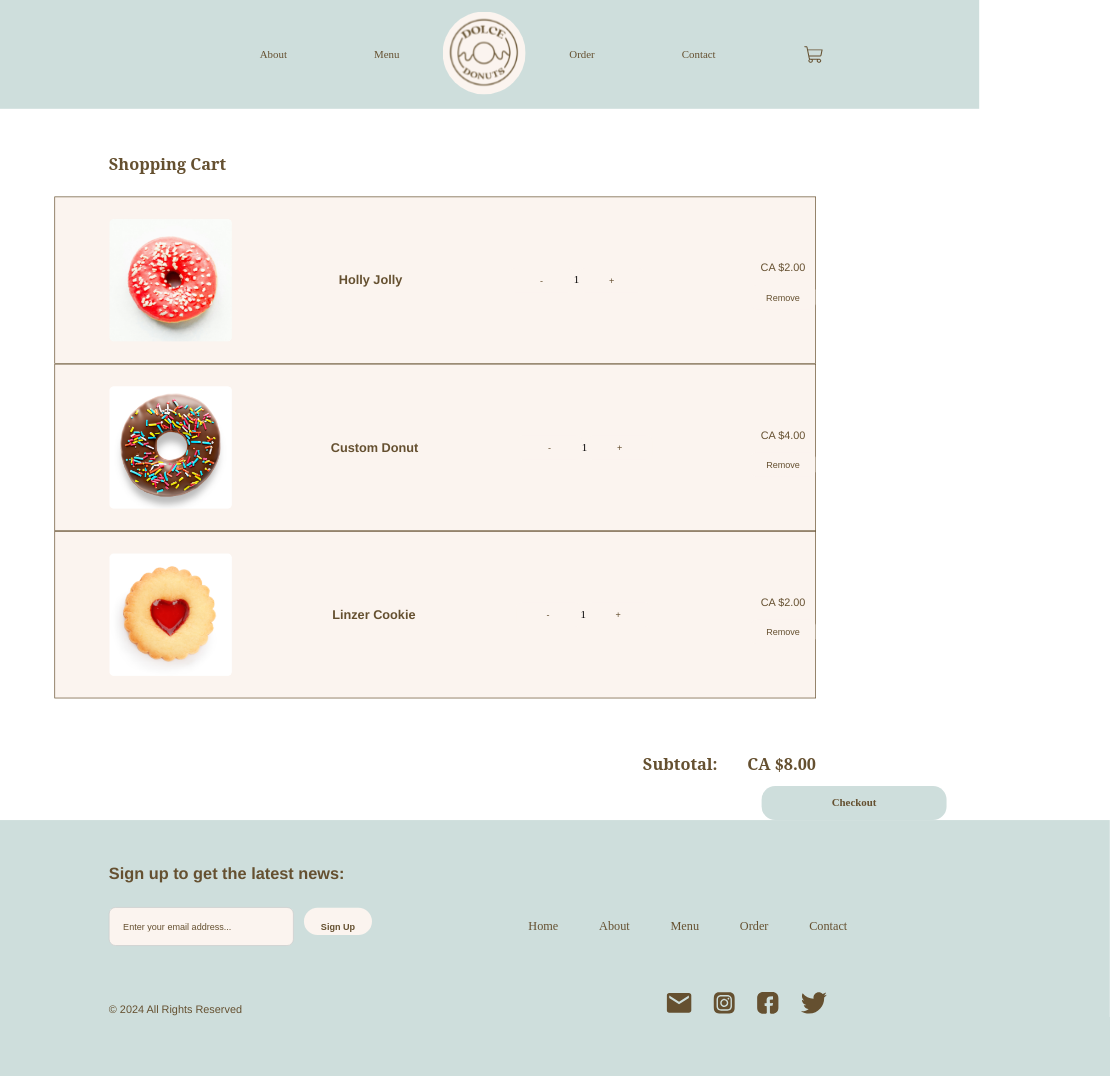
Repository: Crystalhtc/dolcedonuts
Page: /cart
The author's editor kept a copy of each file at every save. The page is drawn from the files as they stood at one save, then again after the next save.
The browser window is 1280 px wide. The page is 1632 px wide, so the pictures cover 1632 px, including what lies to the right of the window. The pictures show the whole page, at 68% of full size.
The project was rebuilt for these pictures with package versions that can differ from the ones it lists, and the page was loaded fresh each time. Also part of the build but not shown: vite.config.js, src/pages/Home.module.css, src/components/ProductCard/ProductCard.jsx, src/Data/products.js, src/pages/Order.css, src/pages/Menu.jsx, src/pages/Order.jsx, src/pages/Contact.module.css and 17 more.

Above is the page before, as saved 2024-10-21 05:50:01.

### src/App.jsx
import React from 'react';
import "./App.css";
import { BrowserRouter as Router, Route, Routes } from 'react-router-dom';
import Header from './components/Header/Header';
import Footer from './components/Footer/Footer';
import Home from './pages/Home';
import Menu from './pages/menu';
import Order from './pages/order';
import Contact from './pages/Contact';
import About from './pages/About';
import Checkout from './pages/Checkout';
import Cart from './pages/Cart';
import ProductDetails from './pages/ProductDetails';
import PaymentReview from './pages/PaymentReview';

function App() {

  return (
    <Router>
      <Header />
      <Routes>
        <Route path="/" element={<Home />} />
        <Route path="/about" element={<About />} />
        <Route path="/menu" element={<Menu />} />
        <Route path="/order" element={<Order />} />
        <Route path="/productdetails/:id" element={<ProductDetails />} />
        <Route path="/contact" element={<Contact />} />
        <Route path="/cart" element={<Cart />} />
        <Route path="/checkout" element={<Checkout />} />
        <Route path="/paymentreview" element={<PaymentReview />} />
      </Routes>
      <Footer />
    </Router>
  );
}

export default App;

### src/App.css
@import url('https://fonts.googleapis.com/css2?family=Arimo:ital,wght@0,400..700;1,400..700&display=swap');
@import url('https://fonts.googleapis.com/css2?family=Noto+Serif:ital,wght@0,100..900;1,100..900&display=swap');

:root {
    --mint: #CEDEDC;
    --cream: #FBF4EF;
    --pink: #F5CCD6;
    --dark-pink: #E3BBC5;
    --brown: #655030;
    --dark-brown: #4C3B22;
}
body {
    margin: 0 auto;
}
/* font */
/* heading, button */
h1 {
    font-family: "Noto Serif", serif;
    color: #655030;
    font-size: 28pt;
}
/* subheading */
h2 {
    font-size: 24pt;
    font-family: 'Arimo', sans-serif;
    color: #655030;
}
/* paragraph */
p {
    font-family: 'Arimo', sans-serif;
    color: #655030;
}

.container {
    max-width: 1440px;
    margin: 0 auto;
    height: auto;
    /* padding: 20px;  */
}

### src/components/Header/Header.jsx
import { NavLink } from 'react-router-dom';
import styles from './Header.module.css';
import logo from '../../assets/logo.svg';
import cartIcon from '../../assets/cart-icon.svg';

export default function Header() {
  return (
    <nav className={styles.nav}>
      <ul className={styles.navList}>
        <li className={styles.navItem}>
          <NavLink to="/about" className={({ isActive }) => (isActive ? styles.activeLink : undefined)}>About</NavLink>
        </li>
        <li className={styles.navItem}>
          <NavLink to="/menu" className={({ isActive }) => (isActive ? styles.activeLink : undefined)}>Menu</NavLink>
        </li>
        <li className={styles.logoContainer}>
          <NavLink to="/">
            <img src={logo} alt="Logo" className={styles.logo} />
          </NavLink>
        </li>
        <li className={styles.navItem}>
          <NavLink to="/order" className={({ isActive }) => (isActive ? styles.activeLink : undefined)}>Order</NavLink>
        </li>
        <li className={styles.navItem}>
          <NavLink to="/contact" className={({ isActive }) => (isActive ? styles.activeLink : undefined)}>Contact</NavLink>
        </li>
        <li className={styles.navItem}>
          <NavLink to="/cart" className={({ isActive }) => (isActive ? styles.activeLink : undefined)}>
            <img src={cartIcon} alt="Cart" className={styles.cartIcon} />
          </NavLink>
        </li>
      </ul>
    </nav>
  );
}

### src/components/Footer/Footer.jsx
import React from 'react';
import styles from './Footer.module.css';
import socialMediaIcons from '../../assets/social-media-icons.svg';

const Footer = () => {
    return (
        <footer className={styles.footer}> {/* Use styles for className */}
            <h2 className={styles.signUpMessage}>Sign up to get the latest news:</h2>

            <div className={styles.topContainer}>
                <div className={styles.newsletterSignup}> {/* Use styles for className */}
                    <input type="email" placeholder="Enter your email address..." />
                       <button className={styles.signupButton}>Sign Up</button> {/* Use styles for className */}
                </div>

                 <div className={styles.footerLinks}>
                     <ul className={styles.linkList}>
                        <li><a href="/">Home</a></li>
                        <li><a href="/about">About</a></li>
                        <li><a href="/menu">Menu</a></li>
                        <li><a href="/order">Order</a></li>
                        <li><a href="/contact">Contact</a></li>
                    </ul>
                </div>
            </div>

            <div className={styles.footerBottomContainer}>
                <p>© 2024 All Rights Reserved</p>
                <div className={styles.socialMedia}> {/* Use styles for className */}
                    <img src={socialMediaIcons} alt="Social Media Icons" />
                </div>
            </div>
        </footer>
    );
};

export default Footer;

### src/pages/Home.jsx
import React from 'react';
import homeBanner from '../assets/home-main-banner.png';
import cardImage1 from '../assets/home-card-img-1.png';
import cardImage2 from '../assets/home-card-img-2.png';
import cardImage3 from '../assets/home-card-img-3.png';
import cardImage4 from '../assets/home-card-img-4.png';
import cardImage5 from '../assets/home-card-img-5.png';
import styles from './Home.module.css';

const cardData = [
    {
        id: 1,
        image: cardImage1,
        text: (
            <div className={styles.addressCard}>
                    <div className={styles.addressColumn}>
                        <h2>Downtown</h2>
                        <p>XXX West Pender St.<br />
                        Vancouver, BC<br />
                        V6B 1V3<br />
                        (604) XXX-XXXX<br />
                        Mon - Fri 9am – 5pm*<br />
                        Sat - Sun 10am – 6pm*<br />
                        *Or until sell out occurs.</p>
                    </div>
                    <div className={styles.addressColumn}>
                        <h2>Mount Pleasant</h2>
                        <p>XXX Main St.<br />
                        Vancouver, BC<br />
                        V4C 2V6<br />
                        (604) XXX-XXXX<br />
                        Mon - Fri 9am – 5pm*<br />
                        Sat - Sun 10am – 6pm*<br />
                        *Or until sell out occurs.</p>
                    </div>
            </div>
        ),
        button: 'About Us',
        link: '/about'
    },
    {
        id: 2,
        image: cardImage2,
        text: 'Choose your favourite toppings, glazes, and flavours to create a personalized donut, just the way you like.',
        button: 'Custom Donut',
        link: '/order'
    },
    {
        id: 3,
        image: cardImage3,
        text: 'Explore sweet delights at Dolce Donuts with our signature treats, freshly baked treats, and expertly crafted coffees. Our menu is designed to satisfy your sweet cravings.',
        button: 'Menu',
        link: '/menu'
    },
    {
        id: 4,
        image: cardImage4,
        text: 'Pre-order our artisanal donuts for pick-up or shipping! We prepare the same selection as in store. Treat yourself to flavour-packed joy.',
        button: 'Pre-Order Online',
        link: '/order'
    },
    {
        id: 5,
        image: cardImage5,
        text: 'We are here to assist with any inquiries or special orders. Drop us a message to help us make your donut dreams come true!',
        button: 'Get in Touch',
        link: '/contact'
    },
];

export default function Home() {
    return (
        <div className={styles.homeContainer}>
            <img
                src={homeBanner}
                alt="Home Main Banner"
                className={styles.homeBanner}
            />

<div className={styles.cardsContainer}>
                {cardData.map((card, index) => (
                    <div
                        key={card.id}
                        className={`${styles.card} ${index % 2 === 0 ? styles.mintBackground : ''} ${index % 2 === 0 ? styles.cardLeft : styles.cardRight}`}
                    >
                        <img
                            src={card.image}
                            alt={`Card ${card.id}`}
                            className={styles.cardImage}
                        />
                        <div className={styles.cardContent}>
                            <p>{card.text}</p>
                            <a href={card.link} className={styles.ctaButton}>{card.button}</a>
                        </div>
                    </div>
                ))}
            </div>
        </div>
    );
}

### src/pages/Cart.jsx
import { useState } from "react";
import styles from "./Cart.module.css";
import MintButton from "../components/MintButton/MintButton";

export default function Cart() {
    const [quantities, setQuantities] = useState({
        hollyJolly: 1,
        customDonut: 1,
        linzerCookie: 1,
    });

    const prices = {
        hollyJolly: 2.00,
        customDonut: 4.00,
        linzerCookie: 2.00,
    };

    const handleAdd = (item) => {
        setQuantities((prevQuantities) => ({
            ...prevQuantities,
            [item]: prevQuantities[item] + 1,
        }));
    };

    const handleRemove = (item) => {
        setQuantities((prevQuantities) => ({
            ...prevQuantities,
            [item]: Math.max(1, prevQuantities[item] - 1),
        }));
    };

    const handleRemoveItem = (item) => {
        setQuantities((prevQuantities) => {
            const newQuantities = { ...prevQuantities };
            delete newQuantities[item];
            return newQuantities;
        });
    };

    const getTotalPrice = (item) => {
        return (quantities[item] * prices[item]).toFixed(2);
    };

    const calculateTotal = () => {
        return Object.keys(quantities).reduce((total, item) => {
            return total + quantities[item] * prices[item];
        }, 0).toFixed(2);
    };

    return (
        <div>
            <h2 className={styles.cartH2}>Shopping Cart</h2>
            <div className={styles.listContainer}>
                {quantities.hollyJolly && (
                    <div className={styles.itemList}>
                        <img
                            src="src/assets/Donut2.png"
                            alt="Red glazed donut"
                            className={styles.donutImg}
                            width={180}
                            height={180}
                        />
                        <h3 className={styles.cookieName}>Holly Jolly</h3>
                        <div className={styles.quantityControls}>
                            <button onClick={() => handleRemove("hollyJolly")}>-</button>
                            <span>{quantities.hollyJolly}</span>
                            <button onClick={() => handleAdd("hollyJolly")}>+</button>
                        </div>
                        <div className={styles.priceRemove}>
                            <p className={styles.totalPrice}>CA ${getTotalPrice("hollyJolly")}</p>
                            <button className={styles.removeBtn} onClick={() => handleRemoveItem("hollyJolly")}>Remove</button>
                        </div>
                    </div>
                )}

                {quantities.customDonut && (
                    <div className={styles.itemList}>
                        <img
                            src="src/assets/Donut1.png"
                            alt="Chocolate glazed donut"
                            className={styles.donutImg}
                            width={180}
                            height={180}
                        />
                        <h3 className={styles.cookieName}>Custom Donut</h3>
                        <div className={styles.quantityControls}>
                            <button onClick={() => handleRemove("customDonut")}>-</button>
                            <span>{quantities.customDonut}</span>
                            <button onClick={() => handleAdd("customDonut")}>+</button>
                        </div>
                        <div className={styles.priceRemove}>
                            <p className={styles.totalPrice}>CA ${getTotalPrice("customDonut")}</p>
                            <button className={styles.removeBtn} onClick={() => handleRemoveItem("customDonut")}>Remove</button>
                        </div>
                    </div>
                )}

                {quantities.linzerCookie && (
                    <div className={styles.itemList}>
                        <img
                            src="src/assets/LinzerCookie.png"
                            alt="Heart butter cookie"
                            className={styles.donutImg}
                            width={180}
                            height={180}
                        />
                        <h3 className={styles.cookieName}>Linzer Cookie</h3>
                        <div className={styles.quantityControls}>
                            <button onClick={() => handleRemove("linzerCookie")}>-</button>
                            <span>{quantities.linzerCookie}</span>
                            <button onClick={() => handleAdd("linzerCookie")}>+</button>
                        </div>
                        <div className={styles.priceRemove}>
                            <p className={styles.totalPrice}>CA ${getTotalPrice("linzerCookie")}</p>
                            <button className={styles.removeBtn} onClick={() => handleRemoveItem("linzerCookie")}>Remove</button>
                        </div>
                    </div>
                )}
            </div>

            <div className={styles.totalContainer}>
                <h2 className={styles.totalH2}>Subtotal: &nbsp;&nbsp;&nbsp;&nbsp;&nbsp; CA ${calculateTotal()}</h2>
                <div className={styles.checkoutBtn} style={{ width: '240px'}}>
                    <MintButton buttonText="Checkout" />
                </div>

            </div>
        </div>
    );
}

### src/components/Header/Header.module.css
.nav {
    width: 1440px;
    height: 160px;
    background-color: var(--mint);
    display: flex;
    justify-content: center;
    flex-shrink: 0;
    margin: auto;
}

.navList {
    list-style-type: none;
    display: flex;
    justify-content: center;
    align-items: center;
    margin: 0;
    padding: 0;
    width: 100%;

    margin-left: 11%;
}

.navItem {
    margin: 0 4rem;
}

.navItem a {
    text-decoration: none;
    color: var(--brown);
}

.logoContainer {
    flex: 0 0 auto;
}

.logo {
    width: 122px;
    height: 122px;
    object-fit: contain;
}

.cartIcon {
    width: 36px;
    height: auto;
}

.navItem .activeLink {
    text-decoration: underline;
    color: var(--brown);
}

### src/components/Footer/Footer.module.css
.footer {
    width: 1440px;
    height: 312px;
    background-color: var(--mint);
    padding: 2rem;
    color: var(--brown);
    padding-left: 10rem;
    flex-shrink: 0;
    margin: auto;
}

.topContainer {
    display: flex;
    align-items: center;
    gap: 10rem;
}

.footerBottomContainer {
    display: flex;
    margin-top: 3rem;
    gap: 39rem;
}

.newsletterSignup input {
    padding: 20px;
    width: 230px;
    border: 1px solid #ccc;
    background-color: var(--cream);
    border-radius: 10px;
}

.signupButton {
    width: 100px;
    padding: 20px;
    margin-left: 15px;
    background-color: var(--cream);
    color: var(--brown);
    font-weight: bold;
    border: none;
    border-radius: 20px;
}

.footerLinks {
    margin: 20px 0;
    display: flex;
    font-size: large;
}

.linkList a {
    color: var(--brown);
    list-style-type: none;
    text-decoration: none;
}

.linkList li {
    text-decoration: none;
    display: inline;
    margin: 0 30px;
}

.socialMedia img {
    width: 250px;
    height: auto;
}

### src/pages/Checkout.module.css
.checkoutContainer {
    display: flex;
    align-items: center;
    justify-content: center;
}

input {
    background-color: var(--cream);
    border: none;
    padding: 1rem;
    border-radius: 4px;
}

.contactInputs {
    display: flex;
    flex-direction: column;
}

.checkoutContainer {
    display: flex;
    justify-content: space-between;
    align-items: start;
    padding: 2rem;
    max-width: 1200px;
    margin: 0 auto;
    gap: 3rem;
}

.leftColumn {
    flex: 2;
}

.rightColumn {
    flex: 1;
    padding: 2rem;
    height: fit-content;
    border-left: 1px solid var(--brown);
}

::placeholder {
    color: var(--brown);
}

h3 {
    color: var(--brown);
}

/* Contact Section */
.contactInputs {
    display: flex;
    flex-direction: column;
    gap: 1rem;
}

/* Delivery Section */
.deliveryOptions {
    display: flex;
    flex-direction: column;
    align-items: center;
}

.deliveryToggle {
    display: flex;
    align-items: center;
    gap: 1rem;
    margin: 1rem 0;
    background-color: var(--cream);
    border-radius: 10px;
    padding: 0.5rem;
    width: 60%;
}

/* Delivery Toggle Buttons */
.deliveryToggle {
    display: flex;
    gap: 1rem; /* Space between buttons */
}

.deliveryToggle button {
    padding: 0.75rem 1rem;
    border: none;
    border-radius: 20px;
    cursor: pointer;
    flex: 1;
    transition: background-color 0.3s ease; /* Smooth transition */
}

/* Default styles */
.pickupButton {
    background-color: transparent; /* Inactive state */
    color: var(--brown); /* Text color */
}

.deliveryButton {
    background-color: transparent; /* Inactive state */
    color: var(--brown); /* Text color */
}

/* Active styles */
.pickupButton.active,
.deliveryButton.active {
    background-color: var(--mint); /* Active button color */
}

/* Hover state */
.deliveryToggle button:hover {
    background-color: pink; /* Hover state */
}

/* Optional: Set a specific color for inactive buttons' text */
.deliveryToggle button:not(.active) {
    color: var(--brown); /* Change to desired inactive text color */
}

.addresses {
    display: flex;
    flex-direction: column;
    gap: 1rem;
}

.downtown, .mountPleasant {
    background-color: var(--cream);
    border-radius: 10px;
    padding: 1rem;
    display: flex;
    gap: 1rem;
    align-items: start;
}


/* Payment Section */
.paymentContainer {
    margin: 1rem 0;
}

.creditCardTitle {
    background: var(--mint);
    padding: 0.5rem 1rem;
    margin-bottom: 1rem;
}

.paymentInputs {
    display: flex;
    flex-direction: column;
    gap: 1rem;
}

.fullWidthInput input {
    width: 100%;
}

.halfWidthInput {
    display: flex;
    justify-content: space-between;
}

.firstHalfInput {
    width: 100%;
}

.secondHalfInput {
    width: 100%;
    display: flex;
    justify-content: end;
}

.firstHalfInput input {
    width: 90%;
}

.secondHalfInput input {
    width: 90%;
}

.halfWidthInputField input {
    width: 50%
}

.paymentInputs > div {
    display: flex;
    gap: 1rem;
}

/* Right Column Styling */
.checkoutProducts {
    display: flex;
    flex-direction: column;
    gap: 1rem;
    margin-bottom: 2rem;
}

.discountCode {
    display: flex;
    gap: 1rem;
    margin-bottom: 2rem;
    height: 3rem;
}

.discountInput {
    flex: 1;
    background: none;
    border: 2px solid var(--mint);
}

.discountButton {
    height: 3rem;
    padding: 0 1.5rem;
    background: none;
    border: none;
    border-radius: 10px;
    cursor: pointer;
    background: var(--cream);
}

.discountButton:hover {
    background: var(--brown);
    color: var(--cream);
}

.price {
    display: flex;
    flex-direction: column;
    margin-bottom: 2rem;
}

.subtotal, .tax, .total {
    display: flex;
    justify-content: space-between;
    align-items: center;
}

.total {
    font-weight: bold;
    font-size: 1.2rem;
    border-top: 1px solid #ccc;
    padding-top: 1rem;
}

/* Section Headers */
h1 {
    margin-bottom: 2rem;
    font-size: 2rem;
}

h2 {
    margin: 2rem 0 1rem 0;
    font-size: 1.5rem;
}

/* Responsive Design */
@media (max-width: 768px) {
    .checkoutContainer {
        flex-direction: column;
        padding: 1rem;
    }

    .rightColumn {
        width: 100%;
    }

    .paymentInputs > div,
    .addressInputs > div {
        flex-direction: column;
    }
}

### src/components/MintButton/MintButton.jsx
import React from 'react';
import { NavLink } from 'react-router-dom';
import styles from './MintButton.module.css';

const MintButton = ({ path, buttonText }) => {
    return (
        <div className={styles.buttonContainer}>
            <div className={styles.button}>
                <NavLink
                    to= {path}
                    className={styles.buttonLink}
                >
                    {buttonText}
                </NavLink>
            </div>
        </div>
    );
};

export default MintButton;

### src/pages/Cart.module.css
.cartH2 {
    font-family: "Noto Serif", serif;
    margin-left: 10rem;
    margin-top: 4rem;
    margin-bottom: 2rem;
}

.listContainer {
    margin-bottom: 5rem;
}

.itemList {
    display: flex;
    background-color: var(--cream);
    border: var(--brown) solid 1px;
    margin-left: 5rem;
    margin-right: 5rem;
    align-items: center;
    justify-content: space-between;
}

.donutImg {
    padding-left: 5rem;
    padding-top: 2rem;
    padding-bottom: 2rem;
}

.cookieName {
    font-family: 'Arimo', sans-serif;;
}

.priceRemove {
    text-align: center;
}

.totalContainer {
    text-align: right;
    margin-right: 5rem;
}

.totalH2 {
    font-family: "Noto Serif", serif;
}

.checkoutBtn {
    margin-left: 70rem;
}

### src/components/ProductCard/ProductCard.module.css
.container {
    width: 340px;
    height: 530px;
    border-radius: 8px;
    padding: 18px 8px;
    box-shadow: 0px 4px 4px 0px rgba(0, 0, 0, 0.25);
    display: flex;
    flex-direction: column;
    align-items: center;
}
.priceAndButton {
    display: flex;
    flex-direction: row;
    align-items: center;
    gap: 10em;
}
button {
    width: 95px;
    height: 36px;
    border-radius: 8px;
    border: none;
    color: var(--brown);
    background: var(--Cream, #FBF4EF);
}
button h2 {
    margin: 0;
}

### src/components/MintButton/MintButton.module.css
.buttonContainer {
    width: 100%;
}

.button {
    width: 100%;
}

.button .buttonLink {
    display: block;
    width: 100%;
    padding: 1rem;
    background-color: var(--mint);
    color: var(--brown);
    border: none;
    border-radius: 20px;
    cursor: pointer;
    font-size: 1rem;
    font-weight: bold;
    text-align: center;
    text-decoration: none;
}

.button .buttonLink:hover {
    background-color: var(--pink);
}

Loaded but not shown: index.html (common file); src/main.jsx (common file)

After the next save:
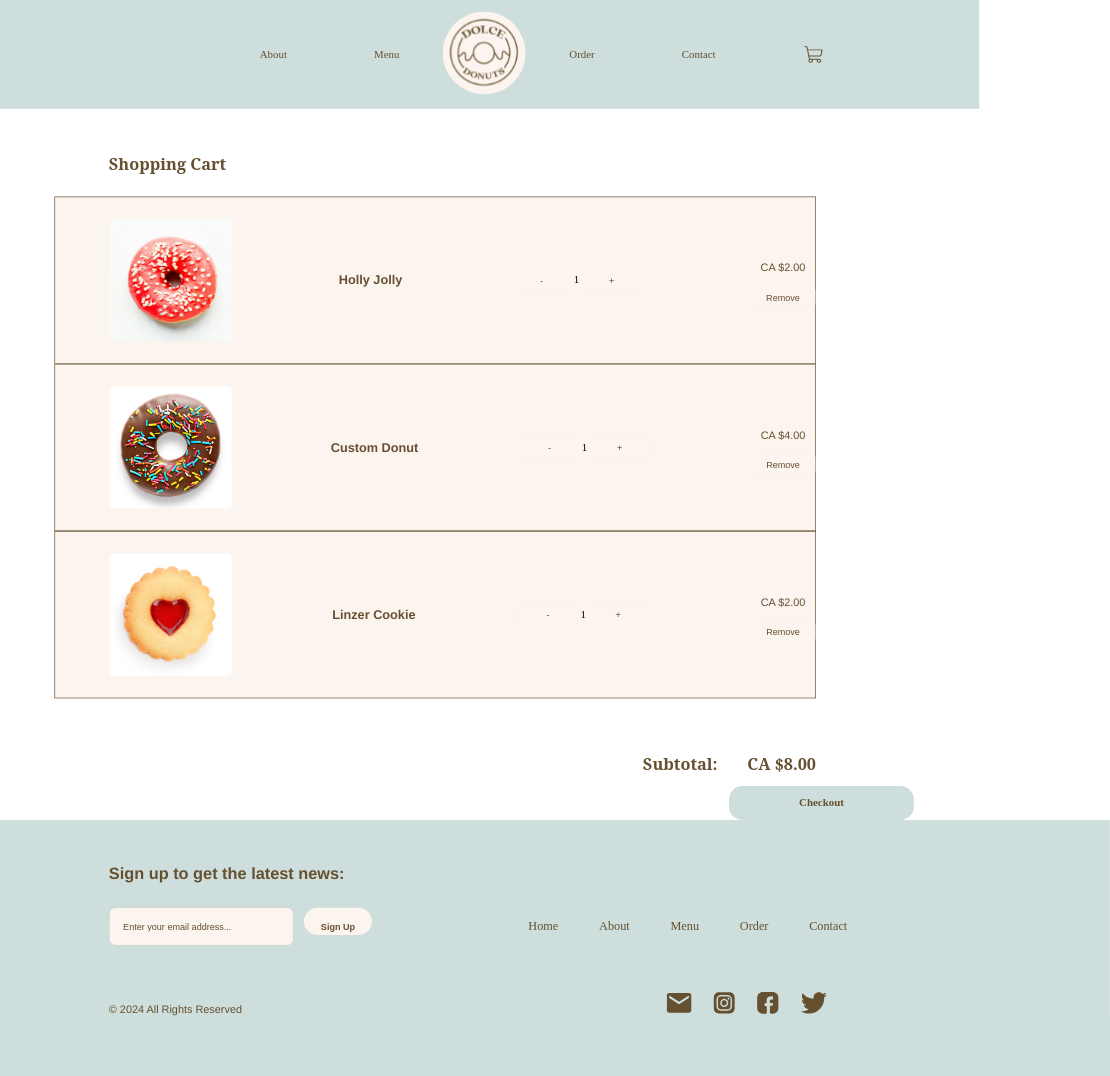
Saved 5 s later.
--- a/src/pages/Cart.module.css
+++ b/src/pages/Cart.module.css
@@ -43,5 +43,5 @@
 }
 
 .checkoutBtn {
-    margin-left: 70rem;
+    margin-left: 67rem;
 }
